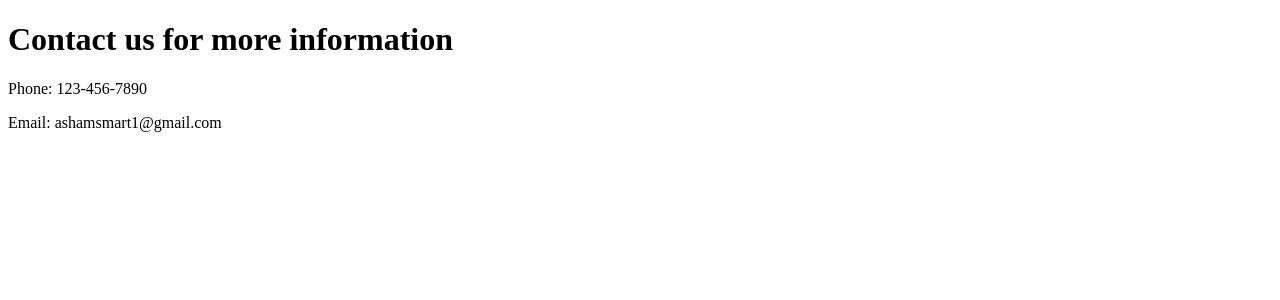
Repository: Alphosmart/firstassignment
Page: /
The author's editor kept a copy of each file at every save. The page is drawn from the files as they stood at one save, then again after the next save.
The browser window is 1280 px wide. The pictures show the whole page.
The project was rebuilt for these pictures with package versions that can differ from the ones it lists, and the page was loaded fresh each time. Also part of the build but not shown: vite.config.js.

Above is the page before, as saved 2024-08-05 15:50:47.

### src/main.jsx
import React from 'react';
import ReactDOM from 'react-dom/client';
import App from './App.jsx';
// import './index.css'

ReactDOM.createRoot(document.getElementById('root')).render(
  <React.StrictMode>
    <App />
  </React.StrictMode>
);

### src/App.jsx
// import React from 'react'

import Info from './components/Info';

const App = () => {
  return (
    <>
      <Info />
    </>
  );
};

export default App;

### src/components/Info.jsx
import React from 'react';

const Info = () => {
  return (
    <>
      <div>
        <h1>Contact us for more information</h1>
        <p>Phone: 123-456-7890</p>
        <p>Email: ashamsmart1@gmail.com</p>
      </div>
    </>
  );
};

export default Info;

Loaded but not shown: index.html (common file)

After the next save:
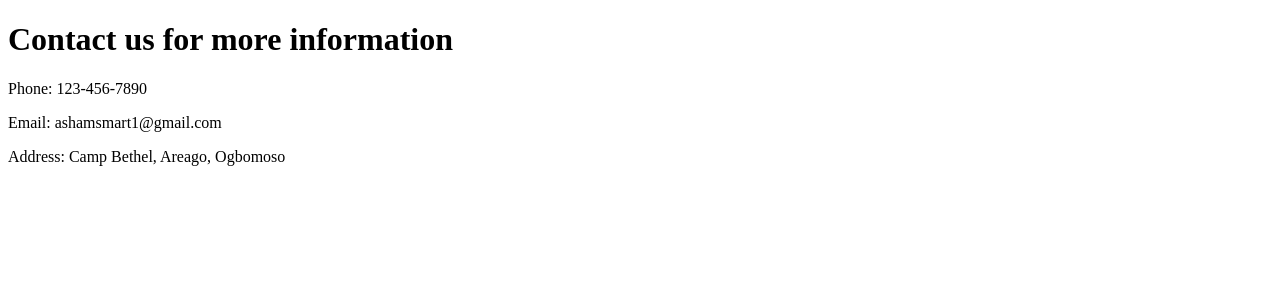
Saved 64 s later.
--- a/src/components/Info.jsx
+++ b/src/components/Info.jsx
@@ -1,4 +1,4 @@
-import React from 'react';
+// import React from 'react';
 
 const Info = () => {
   return (
@@ -7,6 +7,7 @@
         <h1>Contact us for more information</h1>
         <p>Phone: 123-456-7890</p>
         <p>Email: ashamsmart1@gmail.com</p>
+        <p>Address: Camp Bethel, Areago, Ogbomoso</p>
       </div>
     </>
   );
